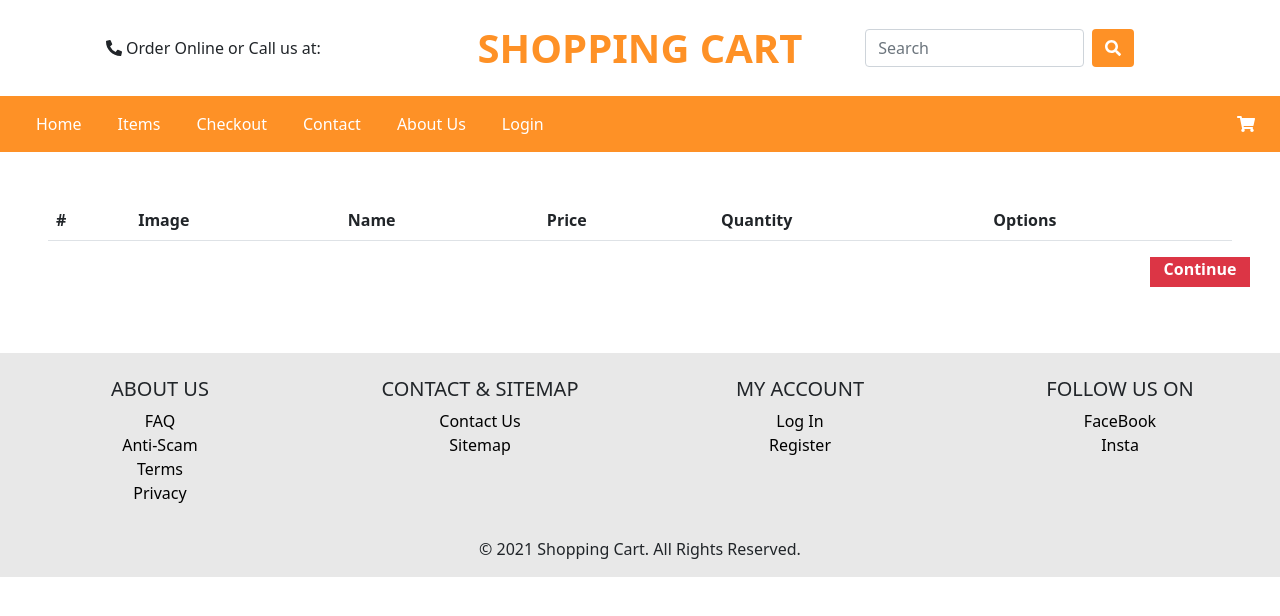
Repository: SaudCh/React-Ecommerce
Page: /cart
The author's editor kept a copy of each file at every save. The page is drawn from the files as they stood at one save, then again after the next save.
The browser window is 1280 px wide. The pictures show the whole page.
The project was rebuilt for these pictures with package versions that can differ from the ones it lists, and the page was loaded fresh each time. Also part of the build but not shown: src/App.css, src/Home/Carousel.jsx, src/data/items.js, src/data/discounted.js, src/Home/Card.jsx, src/Home/home.jsx, src/Login/Login.jsx, src/Register/register.jsx and 3 more.

Above is the page before, as saved 2021-12-22 15:31:07.

After the next save:
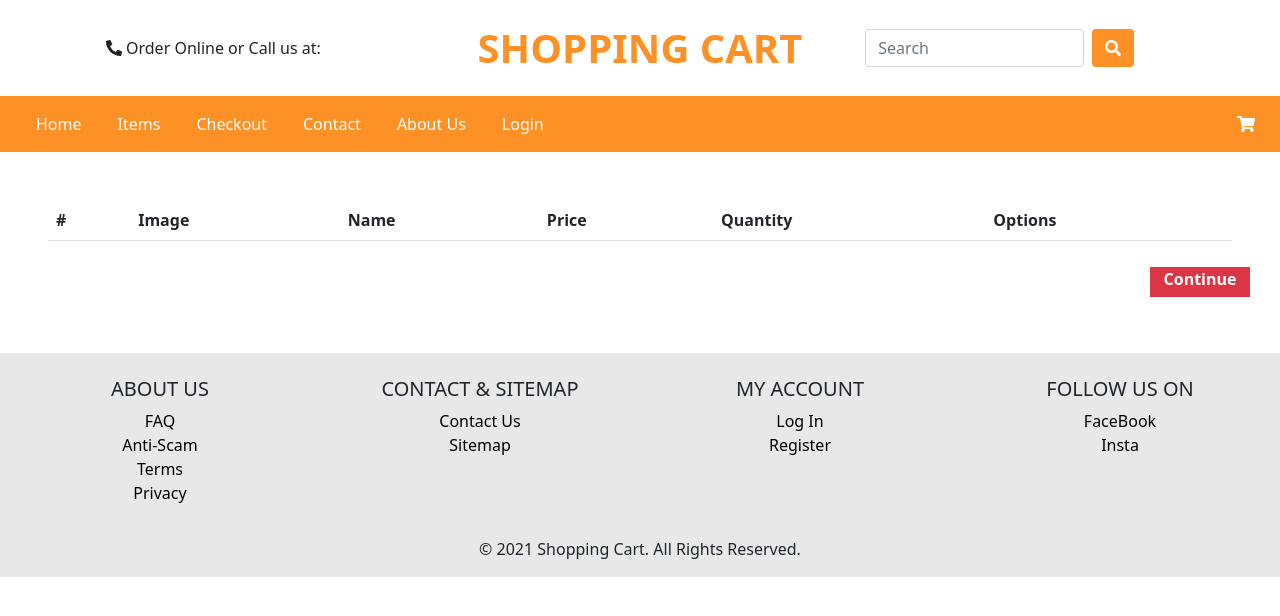
Saved 16 s later.
--- a/src/Cart/Cart.jsx
+++ b/src/Cart/Cart.jsx
@@ -61,6 +61,7 @@ export default function Cart(props) {
           right: "30px",
           width: 100,
           height: 30,
+          marginTop: 10,
         }}
       >
         <p className="text-white fw-bold">Continue</p>
